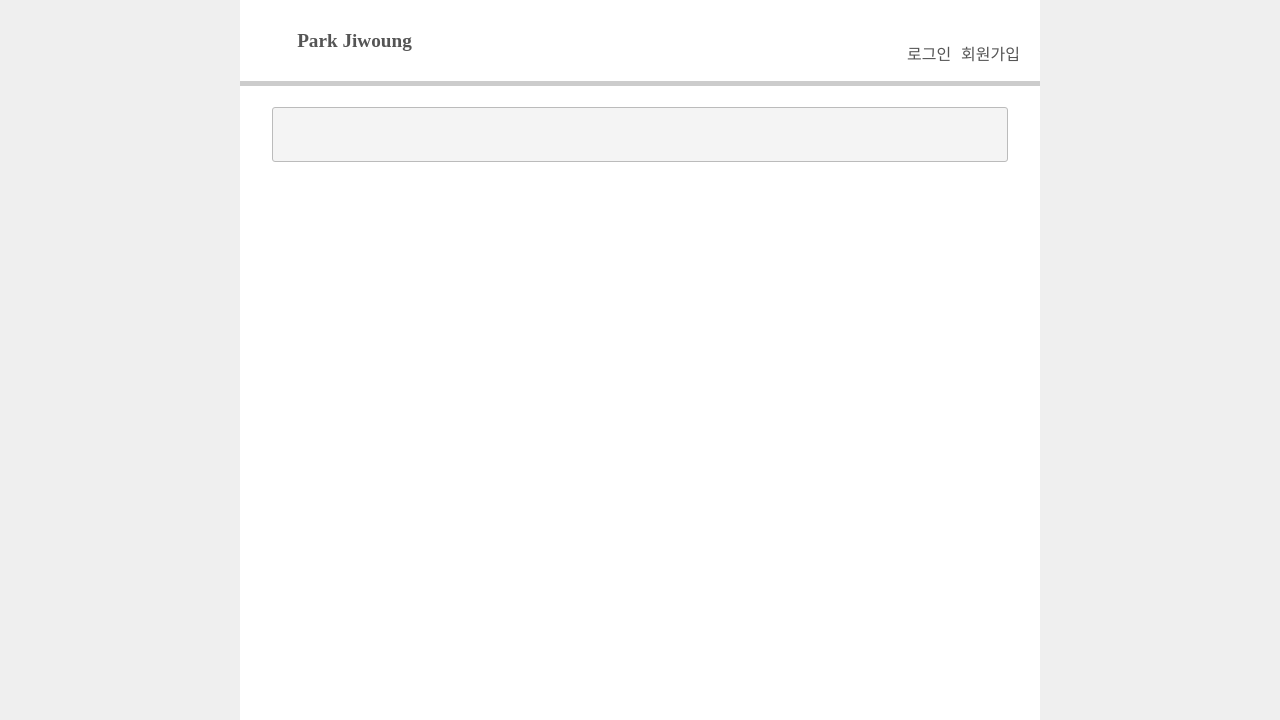
Repository: park-jiwoong/webClass
Page: http://localhost/jspPro/days01/ex03_02.jsp
An editor plug-in stored every save of this project. The page is shown before and after the next save, followed by the edit.
The browser window is 1280 px wide. The pictures show the whole page.
Some web fonts or font styles are not loaded; a fallback is used. The page is served by Tomcat 9.

Above is the page before, as saved 2025-05-21 05:33:19.

After the next save:
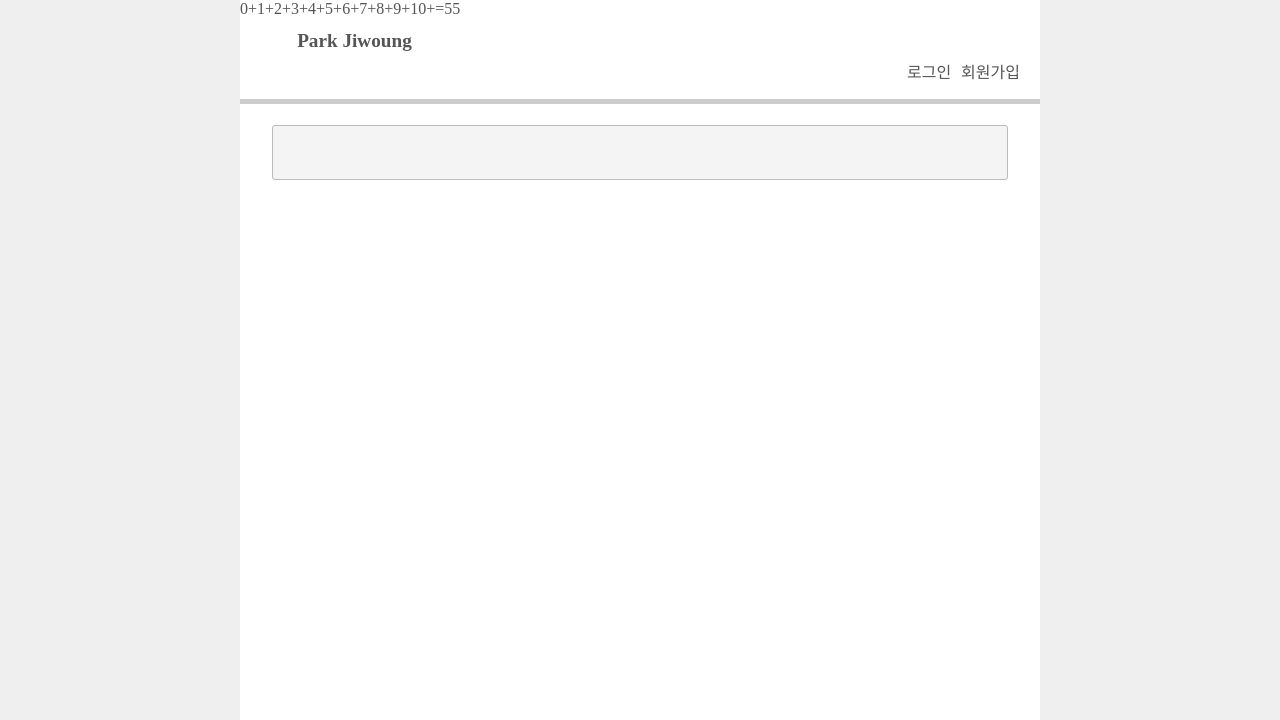
Saved 42 s later.
--- a/JSPClass/jspPro/src/main/webapp/days01/ex03_02.jsp
+++ b/JSPClass/jspPro/src/main/webapp/days01/ex03_02.jsp
@@ -1,4 +1,16 @@
 <%@ page contentType="text/html; charset=UTF-8" pageEncoding="UTF-8"%>
+<%
+//스크립트릿: JAVA 코딩을 하면 됨
+			int sum = 0;
+			for (int i = 0; i <= 10; i++) {
+					/* System.out.printf("=%d+", sum); */
+					out.print(i+"+");
+					// out.println(i+"+"); // '\n' ← 포함 됨
+					sum+=i;
+			} // for
+			/* System.out.printf("=%d\n", sum); */
+			out.println("="+sum);
+%>
 <!DOCTYPE html>
 <html>
 <head>
